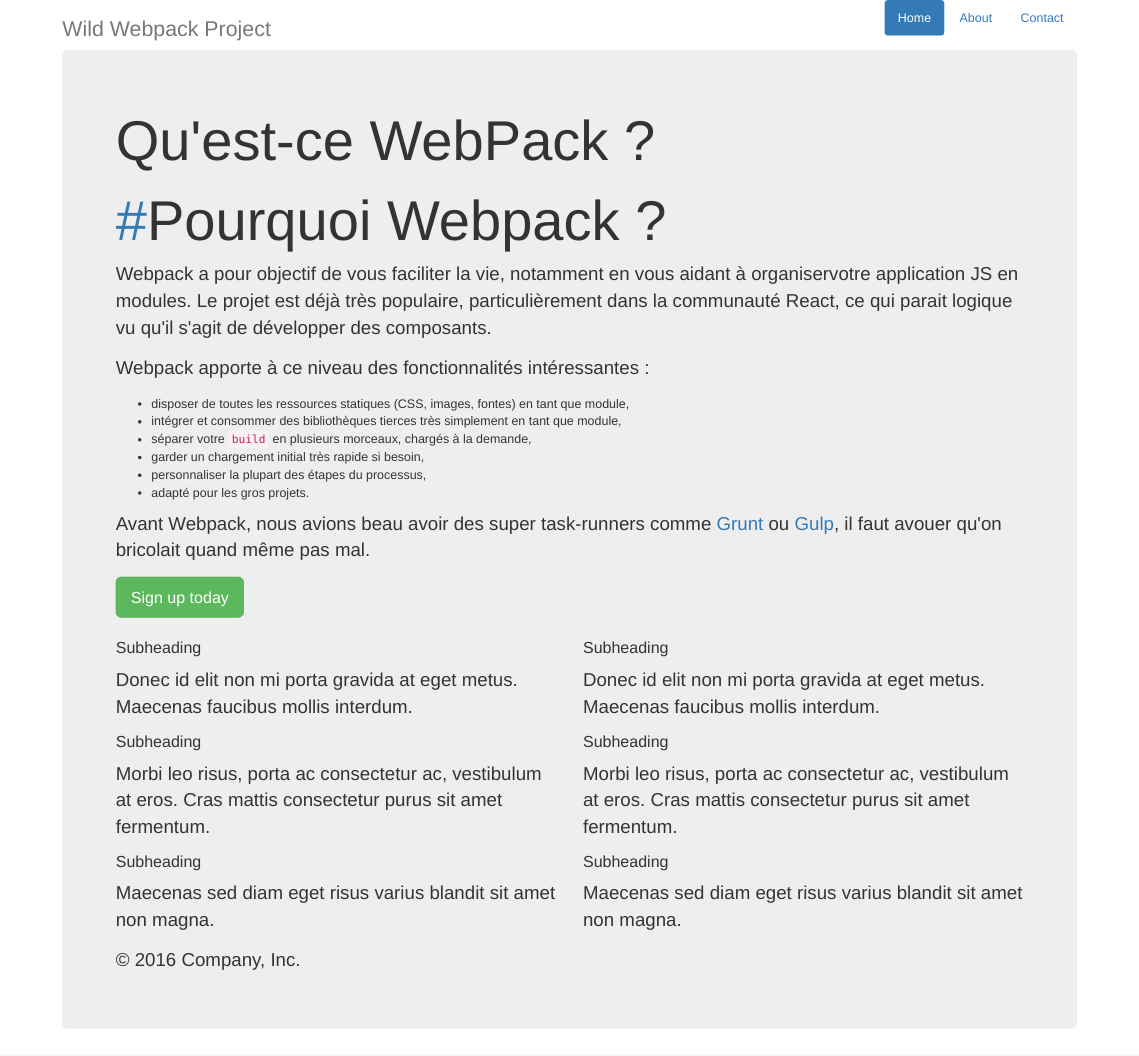
Repository: Symfomany/wildwebpack
Page: src/index.html
An editor plug-in stored every save of this project. The page is shown before and after the next save, followed by the edit.
The browser window is 1280 px wide. The pictures show the whole page, at 89% of full size.

Above is the page before, as saved 2017-03-03 07:14:17.

### src/index.html
<!doctype html>
<html lang="fr">
<head>
  <meta charset="utf-8">
  <meta name="viewport" content="width=device-width, initial-scale=1">
  <title>Wild Webpack 2</title>
  <!--cdn Boostrap-->
  <link rel="stylesheet" type="" href="https://maxcdn.bootstrapcdn.com/bootstrap/3.3.7/css/bootstrap.min.css">
  <link href='http://fonts.googleapis.com/css?family=Roboto' rel='stylesheet' type='text/css'>

</head>
<body>
 <div class="container">
      <div class="header clearfix">
        <nav>
          <ul class="nav nav-pills pull-right">
            <li role="presentation" class="active"><a href="#">Home</a></li>
            <li role="presentation"><a href="#">About</a></li>
            <li role="presentation"><a href="#">Contact</a></li>
          </ul>
        </nav>
        <h3 class="text-muted">Wild Webpack Project</h3>
      </div>

      <div class="jumbotron">
        <h1>Qu'est-ce WebPack ?</h1>
        <div class="phenomic-BodyContainer" data-reactid="57"><h1 id="pourquoi-webpack-"><a href="#pourquoi-webpack-" class="phenomic-HeadingAnchor">#</a>Pourquoi Webpack ?</h1>
          <p>Webpack a pour objectif de vous faciliter la vie, notamment en vous aidant à
          organiservotre application JS en modules</a>.
          Le projet est déjà très populaire, particulièrement dans la communauté React, ce qui
          parait logique vu qu'il s'agit de développer des composants.</p>
          <p>Webpack apporte à ce niveau des fonctionnalités intéressantes :</p>
          <ul>
          <li>disposer de toutes les ressources statiques (CSS, images, fontes) en tant que
          module,</li>
          <li>intégrer et consommer des bibliothèques tierces très simplement en tant
          que module,</li>
          <li>séparer votre <code>build</code> en plusieurs morceaux, chargés à la demande,</li>
          <li>garder un chargement initial très rapide si besoin,</li>
          <li>personnaliser la plupart des étapes du processus,</li>
          <li>adapté pour les gros projets.</li>
          </ul>
          <p>Avant Webpack, nous avions beau avoir des super task-runners comme
          <a href="">Grunt</a>
          ou
          <a href="">Gulp</a>,
          il faut avouer qu'on bricolait quand même pas mal.</p>

        <p><a class="btn btn-lg btn-success" href="#" role="button">Sign up today</a></p>
      </div>

      <div class="row marketing">
        <div class="col-lg-6">
          <h4>Subheading</h4>
          <p>Donec id elit non mi porta gravida at eget metus. Maecenas faucibus mollis interdum.</p>

          <h4>Subheading</h4>
          <p>Morbi leo risus, porta ac consectetur ac, vestibulum at eros. Cras mattis consectetur purus sit amet fermentum.</p>

          <h4>Subheading</h4>
          <p>Maecenas sed diam eget risus varius blandit sit amet non magna.</p>
        </div>

        <div class="col-lg-6">
          <h4>Subheading</h4>
          <p>Donec id elit non mi porta gravida at eget metus. Maecenas faucibus mollis interdum.</p>

          <h4>Subheading</h4>
          <p>Morbi leo risus, porta ac consectetur ac, vestibulum at eros. Cras mattis consectetur purus sit amet fermentum.</p>

          <h4>Subheading</h4>
          <p>Maecenas sed diam eget risus varius blandit sit amet non magna.</p>
        </div>
      </div>

      <footer class="footer">
        <p>© 2016 Company, Inc.</p>
      </footer>

    </div>
</body>
</html>

After the next save:
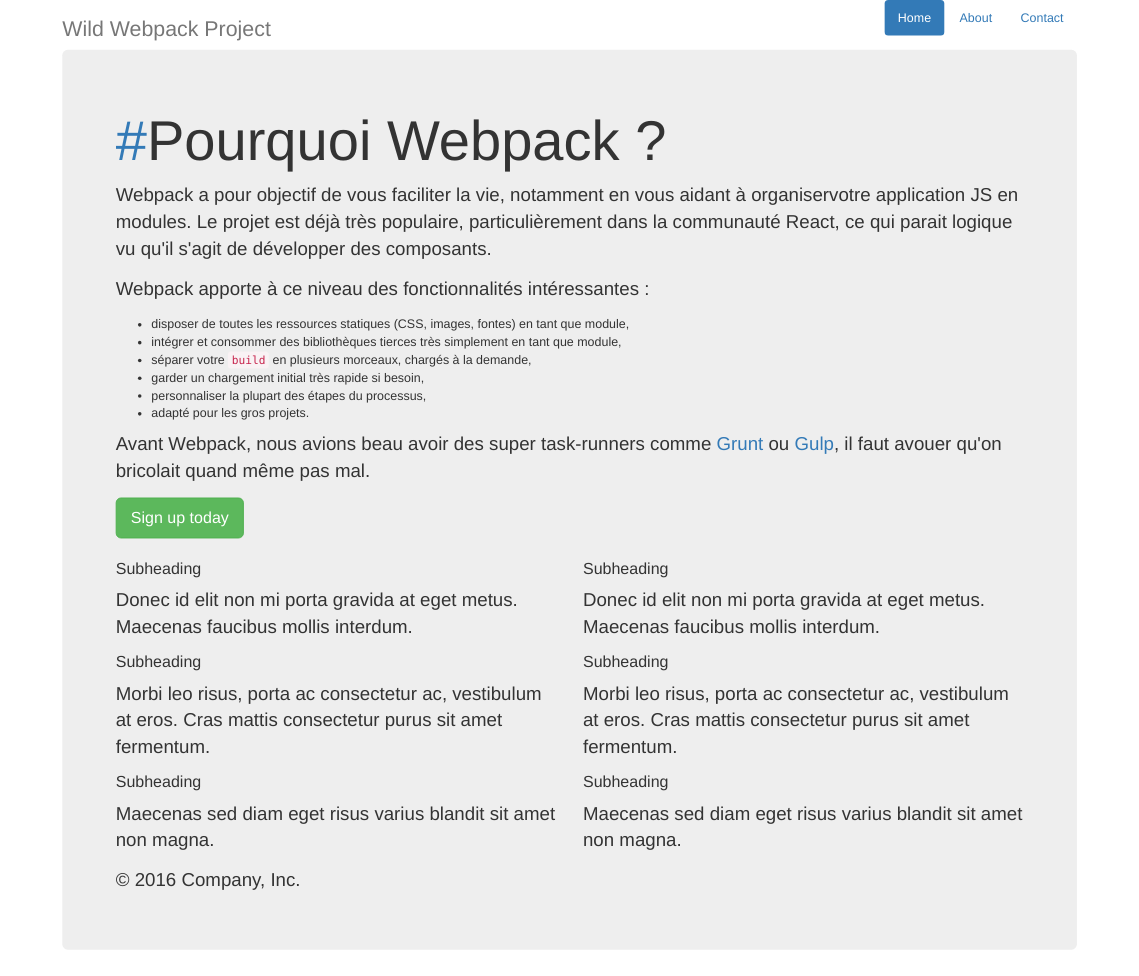
Saved 16 s later.
--- a/src/index.html
+++ b/src/index.html
@@ -23,7 +23,6 @@
       </div>
 
       <div class="jumbotron">
-        <h1>Qu'est-ce WebPack ?</h1>
         <div class="phenomic-BodyContainer" data-reactid="57"><h1 id="pourquoi-webpack-"><a href="#pourquoi-webpack-" class="phenomic-HeadingAnchor">#</a>Pourquoi Webpack ?</h1>
           <p>Webpack a pour objectif de vous faciliter la vie, notamment en vous aidant à
           organiservotre application JS en modules</a>.
